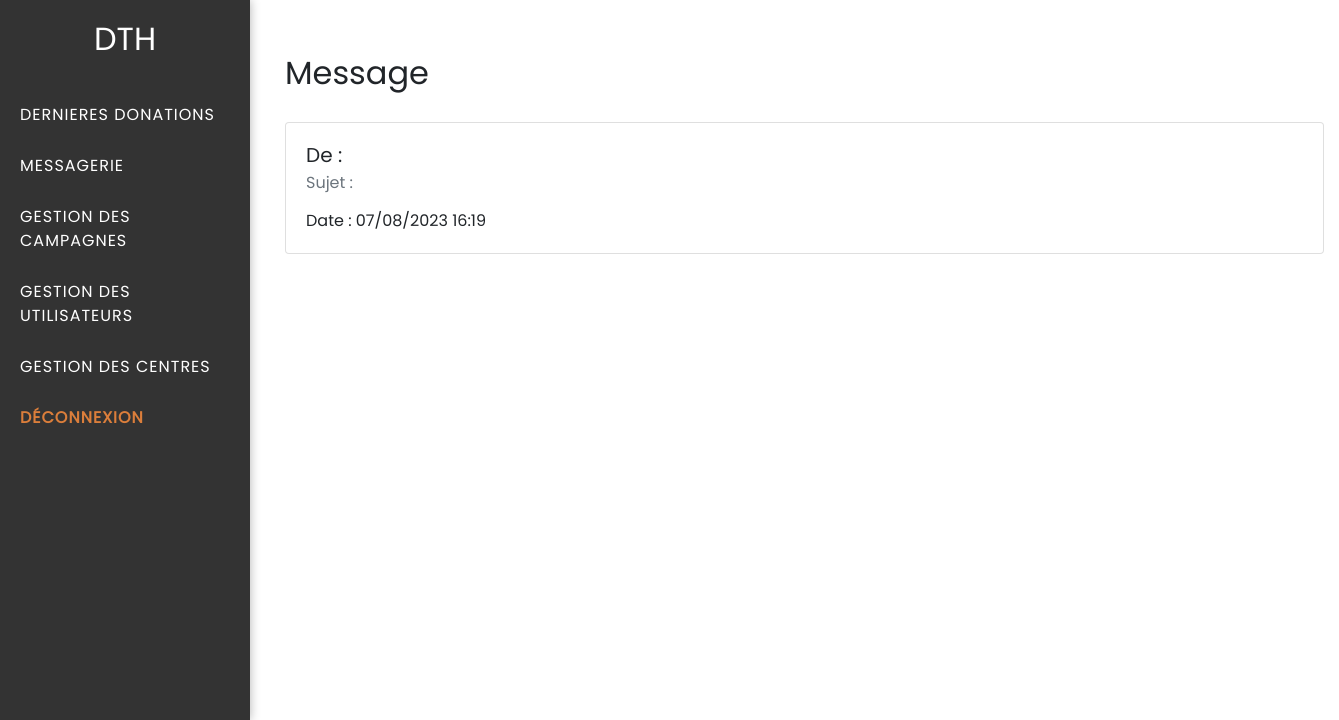
Repository: BrunoVgs/DTH
Page: templates/admin/messageread.html.twig
An editor plug-in stored every save of this project. The page is shown before and after the next save, followed by the edit.
The browser window is 1280 px wide. The page is 1339 px wide, so the pictures cover 1339 px, including what lies to the right of the window. The pictures show the whole page.
The page is a Twig template of a Symfony application; nobody is signed in and links lead nowhere. The template is opened directly, without the code that normally fills it, so the values that code supplies are empty.

Above is the page before, as saved 2023-08-07 17:06:18.

### templates/admin/messageread.html.twig
{% extends 'admin/base.html.twig' %}

{% block title %}Message{% endblock %}

{% block body %}
<div class="container-fluid">
    <h1>Message</h1>

    <div class="card">
        <div class="card-body">
            <h5 class="card-title">De : {{ message.user.firstName }} {{ message.user.lastName }}</h5>
            <h6 class="card-subtitle mb-2 text-muted">Sujet : {{ message.subject }}</h6>
            <p class="card-text">{{ message.content }}</p>
            <p class="card-text">Date : {{ message.createdAt|date('d/m/Y H:i') }}</p>
        </div>
    </div>
</div>
{% endblock %}

### templates/admin/base.html.twig
<!DOCTYPE html>
<html lang="en">
<head>
    <meta charset="UTF-8">
    <meta name="viewport" content="width=device-width, initial-scale=1.0">
    {% block title %} <title>DTH Backoffice</title> {% endblock %}
    <link rel="stylesheet" href="https://maxcdn.bootstrapcdn.com/bootstrap/4.5.2/css/bootstrap.min.css">
    <link rel="stylesheet" href="{{ asset('css/backoffice.css') }}">
    <link href="https://fonts.googleapis.com/css2?family=Poppins&display=swap" rel="stylesheet">
</head>
<body>
    <!-- Barre latérale -->
<div class="sidebar">
    <a href="{{ path('admin') }}" style="text-decoration: none; color: #fff;">
        <h2>DTH</h2>
    </a>
    <a class="liens" href="{{ path('admin_donation') }}">Dernieres Donations</a>
    <a class="liens" href="{{ path('admin_messagerie')}}">Messagerie</a>
    <a class="liens" href="#">Gestion des campagnes</a>
    <a class="liens" href="{{ path('admin_user')}}">Gestion des utilisateurs</a>
    <a class="liens" href="{{ path('admin_center')}}">Gestion des centres</a>

    <!-- Logout boutton -->
    <a class="liens logout" href="{{ path('logout') }}">Déconnexion</a>
</div>

    {% block body %}{% endblock %}

    <script src="https://code.jquery.com/jquery-3.5.1.slim.min.js"></script>
    <script src="https://cdn.jsdelivr.net/npm/@popperjs/core@2.9.1/dist/umd/popper.min.js"></script>
    <script src="https://maxcdn.bootstrapcdn.com/bootstrap/4.5.2/js/bootstrap.min.js"></script>

    {% block scripts %}{% endblock %}
</body>
</html>

### public/css/backoffice.css
* {
    font-family: 'Poppins', sans-serif;
}

/* CSS pour la barre latérale */
.sidebar {
    height: 100%;
    width: 250px;
    position: fixed;
    top: 0;
    left: 0;
    background-color: #333;
    padding-top: 20px;
}

.sidebar h2 {
    color: #fff;
    text-align: center;
    margin-bottom: 30px;
    text-transform: uppercase;
}

.sidebar .liens {
    display: block;
    color: #fff;
    padding: 12px 20px;
    text-decoration: none;
    transition: background-color 0.3s ease;
    padding-top: 15px;
    text-transform: uppercase;
    letter-spacing: 1px;
    transition: all 0.2s ease;
}

.sidebar .liens:hover {
    background: linear-gradient(45deg, #ff0000, #b30000);
    transform: scale(1.05);
}

.sidebar .liens.active {
    background-color: #0056b3;
    font-weight: bold;
}

.sidebar .liens:first-child {
    padding-top: 25px;
}

.sidebar {
    box-shadow: 0 0 10px rgba(0, 0, 0, 0.3);
}

.sidebar .liens .logout {

    color:gold
}

.panels {
    margin-left: 250px;
    padding: 20px;
}



.table {
    width: 100%;
    border-collapse: collapse;
    margin-bottom: 20px;
    background-color: #fff;
    border: 1px solid #e90b0b96;
}

.table th,
.table td {
    padding: 12px;
    border-bottom: 1px solid #ddd;
}

.table th {
    background: #b30000;
    color: #fff;
    text-align: left;
}


.table tbody tr:hover {
    background-color: #f2f2f2;
}


.table th {
    text-transform: uppercase;
    letter-spacing: 1px;
}


.table td:first-child,
.table td:last-child {
    border-radius: 4px;
}

.btn {
    background-color: #b90000;
    color: #fff;
    font-weight: 700;
    padding: 6px 20px;
    border: none;
    border-radius: 30px;
    transition: 0.4s ease;
    border: 2px solid #333;
    box-shadow: 0 2px 4px rgba(0, 0, 0, 0.2);
}

.btn:hover {
    background-color: #800202;
    transition: 0.4s ease;
    color: white;
    border: 2px solid #333;
    box-shadow: 0 4px 8px rgba(0, 0, 0, 0.3); /
}


.table {
    box-shadow: 0 0 10px rgba(0, 0, 0, 0.1);
}
.container-fluid {
    width: 83.5%;
    margin-left: 270px;
}

h1 {
    font-size: 2em;
    margin-bottom: 30px;
    font-family: 'Poppins', sans-serif;
    margin-top: 30px
}

form {
    padding: 20px;
    background-color: #f9f9f9;
    border: 1px solid #ddd;
    border-radius: 5px;
    border: 2px solid #800202;
    margin-bottom: 20px;
}

.form-group {
    margin-bottom: 20px;
}

label {
    font-weight: bold;
}

input.form-control {
    width: 100%;
    padding: 8px;
    border: 1px solid #ccc;
    border-radius: 5px;
    font-size: 16px;
}

.sidebar .liens.logout {

    color:rgb(219, 126, 59);
    font-weight: 1000;
}

.sidebar .liens.logout:hover {

    color: rgb(255, 255, 255);
    font-weight: 1000;
}

After the next save:
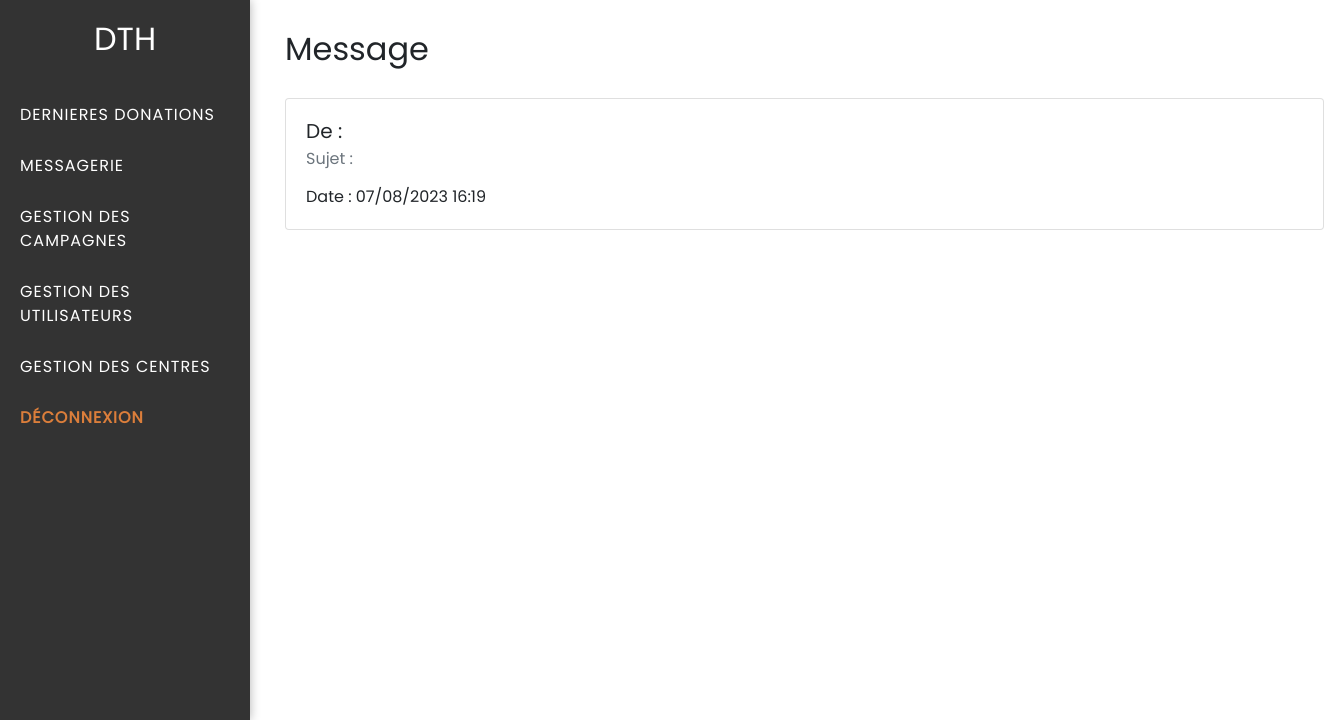
Saved 7 s later.
--- a/templates/admin/messageread.html.twig
+++ b/templates/admin/messageread.html.twig
@@ -1,6 +1,6 @@
 {% extends 'admin/base.html.twig' %}
 
-{% block title %}Message{% endblock %}
+{% block title %}<title> Message </title> {% endblock %}
 
 {% block body %}
 <div class="container-fluid">
